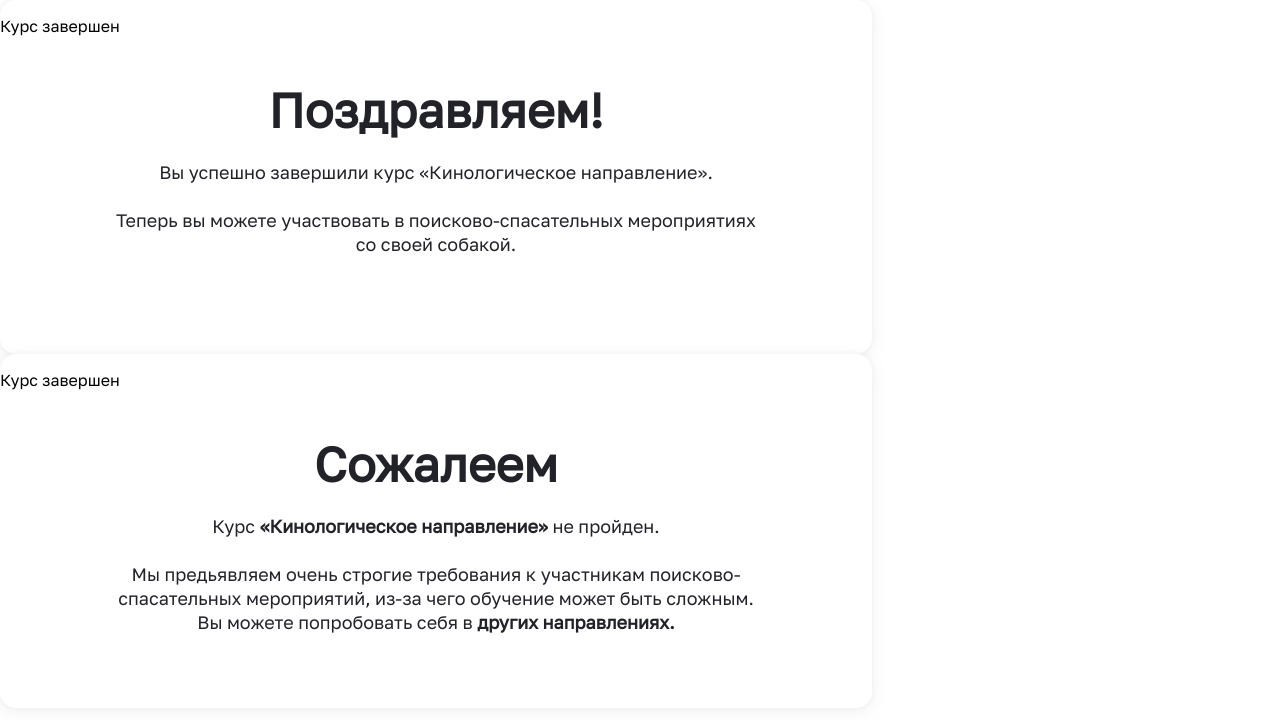
Repository: RuslanSR2424/Group5_LizaAlert
Page: index.html
These files come from the project's save history. The page is drawn as it stood at one moment and after the next save; the edit follows.
The browser window is 1280 px wide. The pictures show the whole page.

Above is the page before, as saved 2022-03-10 19:10:12.

### index.html
<!DOCTYPE html>
<html lang="en">

<head>
    <meta charset="UTF-8">
    <meta http-equiv="X-UA-Compatible" content="IE=edge">
    <meta name="viewport" content="width=device-width, initial-scale=1.0">
    <title>Document</title>
    <link rel="stylesheet" href="./pages/index.css" />
</head>

<body class="root">
    <section>
        <div class="breadcrumbs">

        </div>

    </section>
    <section>
        <div class="card">
            <p class="card__header">Курс завершен</p>
            <div class="card__result card__result_type_congratulate">
                <h2 class="card__title card__title_type_congratulate">Поздравляем!</h2>
                <p class="card__text card__text_type_congratulate">Вы успешно завершили курс
                    «Кинологическое направление».</p>
                <p class="card__text card__text_type_congratulate">Теперь вы можете участвовать
                    в поисково-спасательных мероприятиях со своей
                    собакой.</p>
            </div>
        </div>
        <div class="card">
            <p class="card__header">Курс завершен</p>
            <div class="card__result card__result_type_sorry">
                <h2 class="card__title card__title_type_sorry">Сожалеем</h2>
                <p class="card__text card__text_type_sorry">Курс <span class="card__text card__text_type_span">«Кинологическое направление»</span>
                    не пройден.</p>
                <p class="card__text card__text_type_sorry">Мы предьявляем очень строгие требования
                    к участникам поисково-спасательных мероприятий, из-за чего обучение может быть сложным. Вы можете
                    попробовать себя в <span class="card__text card__text_type_span">других направлениях.</span></p>
            </div>
        </div>
    </section>

</body>

</html>

### pages/index.css
@import url(../fonts/fonts.css);
@import url(../blocks/root/root.css);

/* endOfCourse */

@import url(../blocks/card/card.css);
@import url(../blocks/card/__congratulate/card__congratulate.css);
@import url(../blocks/card/__name/card__name.css);
@import url(../blocks/card/__result/card__result.css);
@import url(../blocks/card/__result/_type/card__result_type_sorry.css);
@import url(../blocks/card/__result/_type/card__result_type_congratulate.css);
@import url(../blocks/card/__text/card__text.css);
@import url(../blocks/card/__text/_type/card__text_type_congratulate.css);
@import url(../blocks/card/__text/_type/card__text_type_sorry.css);
@import url(../blocks/card/__text/_type/card__text_type_span.css);
@import url(../blocks/card/__title/card__title.css);
@import url(../blocks/card/__title/_type/card__title_type_sorry.css);
@import url(../blocks/card/__title/_type/card__title_type_congratulate.css);

### fonts/fonts.css
@font-face {
    font-family: "GolosTextWebRegular";
    src: url(./golos/Golos-Text_Regular.woff2) format("woff2"),
      url(./golos/Golos-Text_Regular.woff) format("woff");
    font-weight: normal;
    font-style: normal;
  }
  @font-face {
    font-family: "GolosTextWebBold";
    src: url(./golos/Golos-Text_Bold.woff2) format("woff2"),
      url(./golos/Golos-Text_Bold.woff) format("woff");
    font-weight: 700,bold;
    font-style: normal;
  }

### blocks/root/root.css
.root {
  margin: 0;
  padding: 0;
  font-family: "GolosTextWebRegular";
}

### blocks/card/card.css
.card {
  display: flex;
  flex-direction: column;

  width: 872px;
  height: 354px;

  background: #ffffff;
  box-shadow: 0px 0px 4px rgba(231, 232, 235, 0.6),
    0px 4px 16px rgba(231, 232, 235, 0.6);
  border-radius: 16px;
}

### blocks/card/__congratulate/card__congratulate.css
.card__congratulate {
  display: flex;
  flex-direction: column;

  width: 872px;
  height: 354px;

  background: #ffffff;
  box-shadow: 0px 0px 4px rgba(231, 232, 235, 0.6),
    0px 4px 16px rgba(231, 232, 235, 0.6);
  border-radius: 16px;
}

### blocks/card/__name/card__name.css
.card__name {
  font-style: normal;
  font-weight: 700;
  font-size: 24px;
  line-height: 28px;
  color: #212329;

  margin: 32px 32px 0 32px;
  padding: 0;
}

### blocks/card/__result/card__result.css
.card__result {
  display: flex;
  flex-direction: column;
  align-items: center;

  width: 808px;
  height: 230px;

  margin: 32px auto 0 auto;
}

### blocks/card/__result/_type/card__result_type_sorry.css
.card__result_type_sorry{}

### blocks/card/__result/_type/card__result_type_congratulate.css
.card__result_type_congratulate{}

### blocks/card/__text/card__text.css
.card__text {
    margin: 0;
    padding: 0;
}

### blocks/card/__text/_type/card__text_type_congratulate.css
.card__text_type_congratulate {
  font-style: normal;
  font-weight: 400;
  font-size: 18px;
  line-height: 24px;
  color: #212329;
  text-align: center;

  max-width: 680px;

  margin-bottom: 24px;
}

### blocks/card/__text/_type/card__text_type_sorry.css
.card__text_type_sorry {
  font-style: normal;
  font-weight: 400;
  font-size: 18px;
  line-height: 24px;
  color: #212329;
  text-align: center;

  max-width: 680px;

  margin-bottom: 24px;
}

### blocks/card/__text/_type/card__text_type_span.css
.card__text_type_span{
    font-weight: bold;
}

### blocks/card/__title/card__title.css
.card__title {
    margin: 0;
    padding: 0;
}

### blocks/card/__title/_type/card__title_type_sorry.css
.card__title_type_sorry {
  font-style: normal;
  font-size: 48px;
  line-height: 52px;
  color: #212329;
  margin-bottom: 24px;
}

### blocks/card/__title/_type/card__title_type_congratulate.css
.card__title_type_congratulate {
  font-style: normal;
  font-size: 48px;
  line-height: 52px;
  color: #212329;
  margin-bottom: 24px;
}

### blocks/card/__header/card__header.css
.card__header {
  font-style: normal;
  font-weight: 700;
  font-size: 24px;
  line-height: 28px;
  color: #212329;

  margin: 32px 32px 0 32px;
  padding: 0;
}

After the next save:
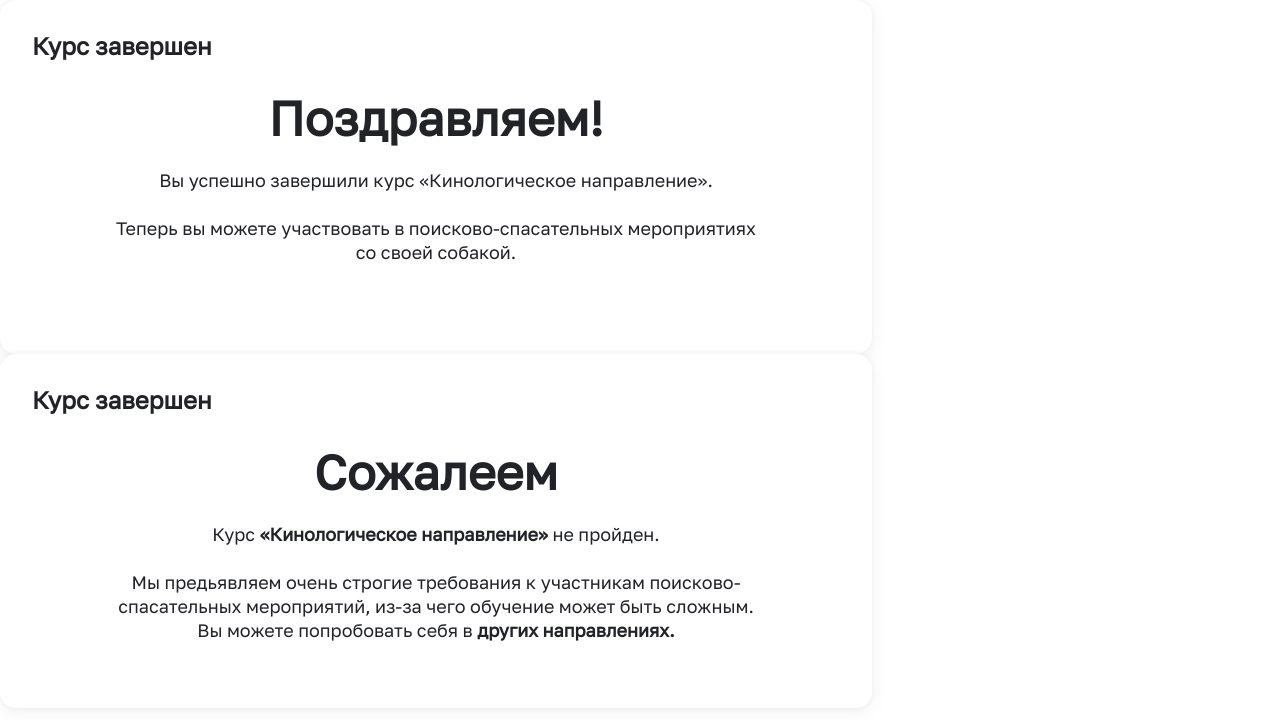
Saved 9 s later.
--- a/pages/index.css
+++ b/pages/index.css
@@ -5,7 +5,7 @@
 
 @import url(../blocks/card/card.css);
 @import url(../blocks/card/__congratulate/card__congratulate.css);
-@import url(../blocks/card/__name/card__name.css);
+@import url(../blocks/card/__header/card__header.css);
 @import url(../blocks/card/__result/card__result.css);
 @import url(../blocks/card/__result/_type/card__result_type_sorry.css);
 @import url(../blocks/card/__result/_type/card__result_type_congratulate.css);
